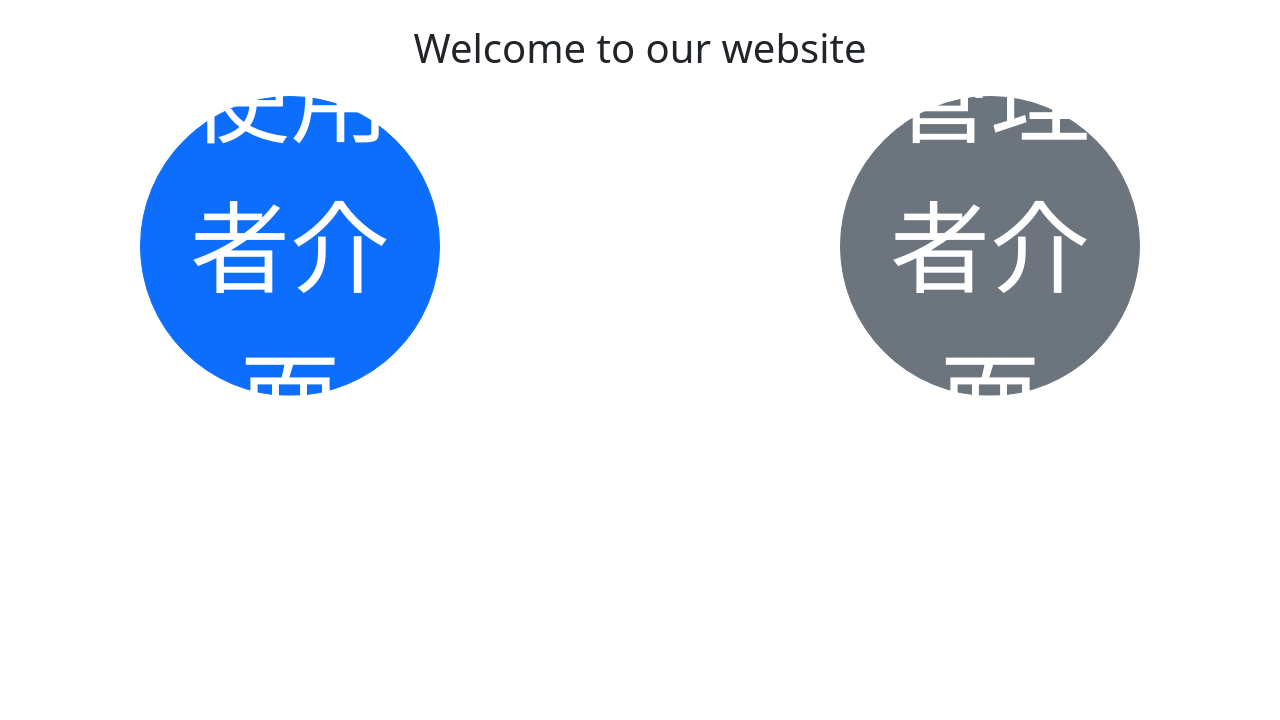
Repository: niwa787/123
Page: beststore/beststore/src/main/resources/static/index.html
These files come from the project's save history. The page is drawn as it stood at one moment and after the next save; the edit follows.
The browser window is 1280 px wide. The pictures show the whole page.

Above is the page before, as saved 2024-06-15 14:54:39.

### beststore/beststore/src/main/resources/static/index.html
<!doctype html>
<html lang="en">
  <head>
    <meta charset="utf-8">
    <meta name="viewport" content="width=device-width, initial-scale=1">
    <title>Best Store</title>
    <link href="https://cdn.jsdelivr.net/npm/bootstrap@5.3.2/dist/css/bootstrap.min.css" rel="stylesheet" integrity="sha384-T3c6CoIi6uLrA9TneNEoa7RxnatzjcDSCmG1MXxSR1GAsXEV/Dwwykc2MPK8M2HN" crossorigin="anonymous">
    <style>
      .btn-circle {
        width: 300px;
        height: 300px;
        border-radius: 50%;
        font-size: 100px;
        display: flex;
        align-items: center;
        justify-content: center;
      }
      .btn-container {
        display: flex;
        justify-content: center;
        gap: 400px;
      }
    </style>
  </head>
  <body>
    <div class="container">
      <h1 class="text-center my-4">Welcome to our website</h1>
      <div class="btn-container">
        <a class="btn btn-primary btn-circle" href="/user">使用者介面</a>
        <a class="btn btn-secondary btn-circle" href="/admin">管理者介面</a>
      </div>
    </div>

    <script src="https://cdn.jsdelivr.net/npm/bootstrap@5.3.2/dist/js/bootstrap.bundle.min.js" integrity="sha384-C6RzsynM9kWDrMNeT87bh95OGNyZPhcTNXj1NW7RuBCsyN/o0jlpcV8Qyq46cDfL" crossorigin="anonymous"></script>
  </body>
</html>

After the next save:
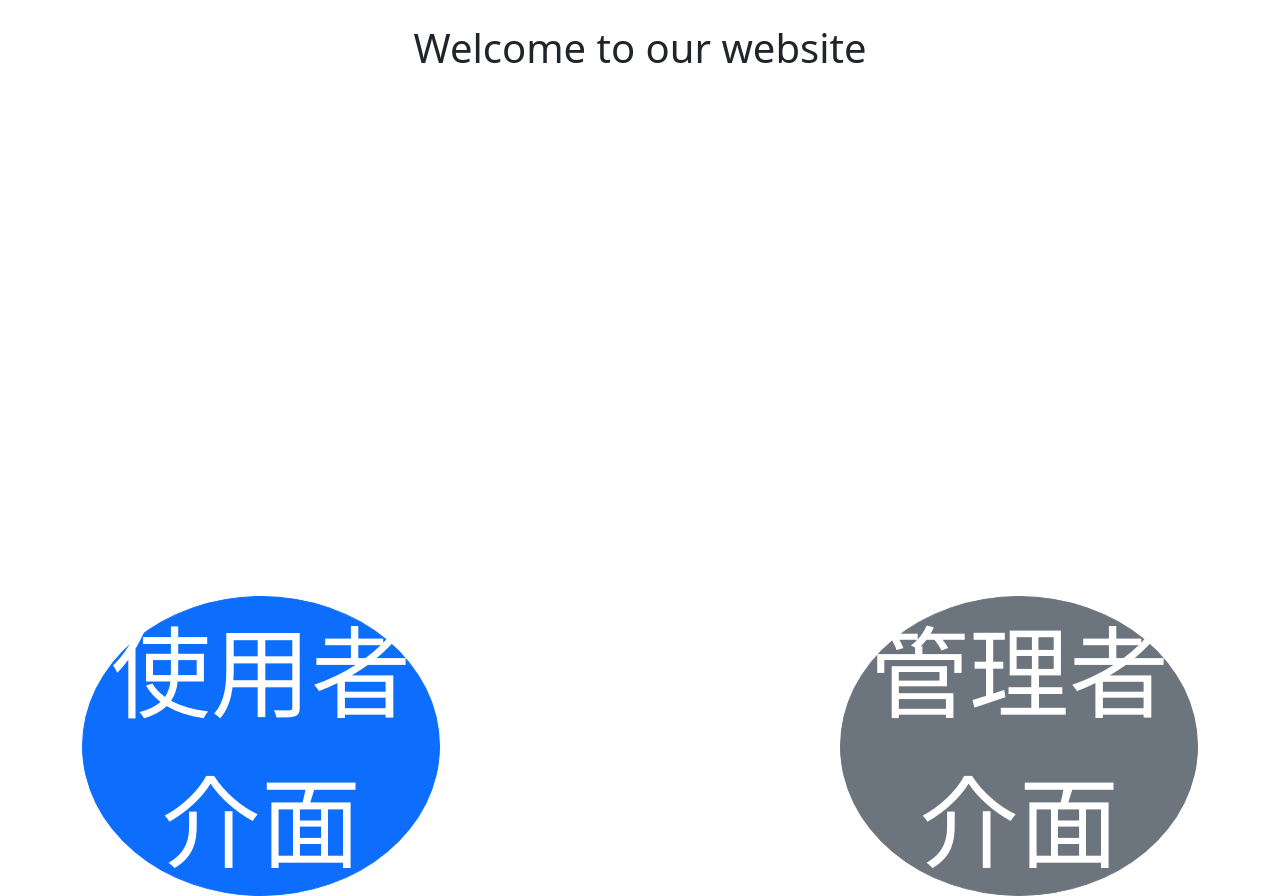
Saved 76 s later.
--- a/beststore/beststore/src/main/resources/static/index.html
+++ b/beststore/beststore/src/main/resources/static/index.html
@@ -7,6 +7,7 @@
     <link href="https://cdn.jsdelivr.net/npm/bootstrap@5.3.2/dist/css/bootstrap.min.css" rel="stylesheet" integrity="sha384-T3c6CoIi6uLrA9TneNEoa7RxnatzjcDSCmG1MXxSR1GAsXEV/Dwwykc2MPK8M2HN" crossorigin="anonymous">
     <style>
       .btn-circle {
+      	margin-top: 500px;'
         width: 300px;
         height: 300px;
         border-radius: 50%;
